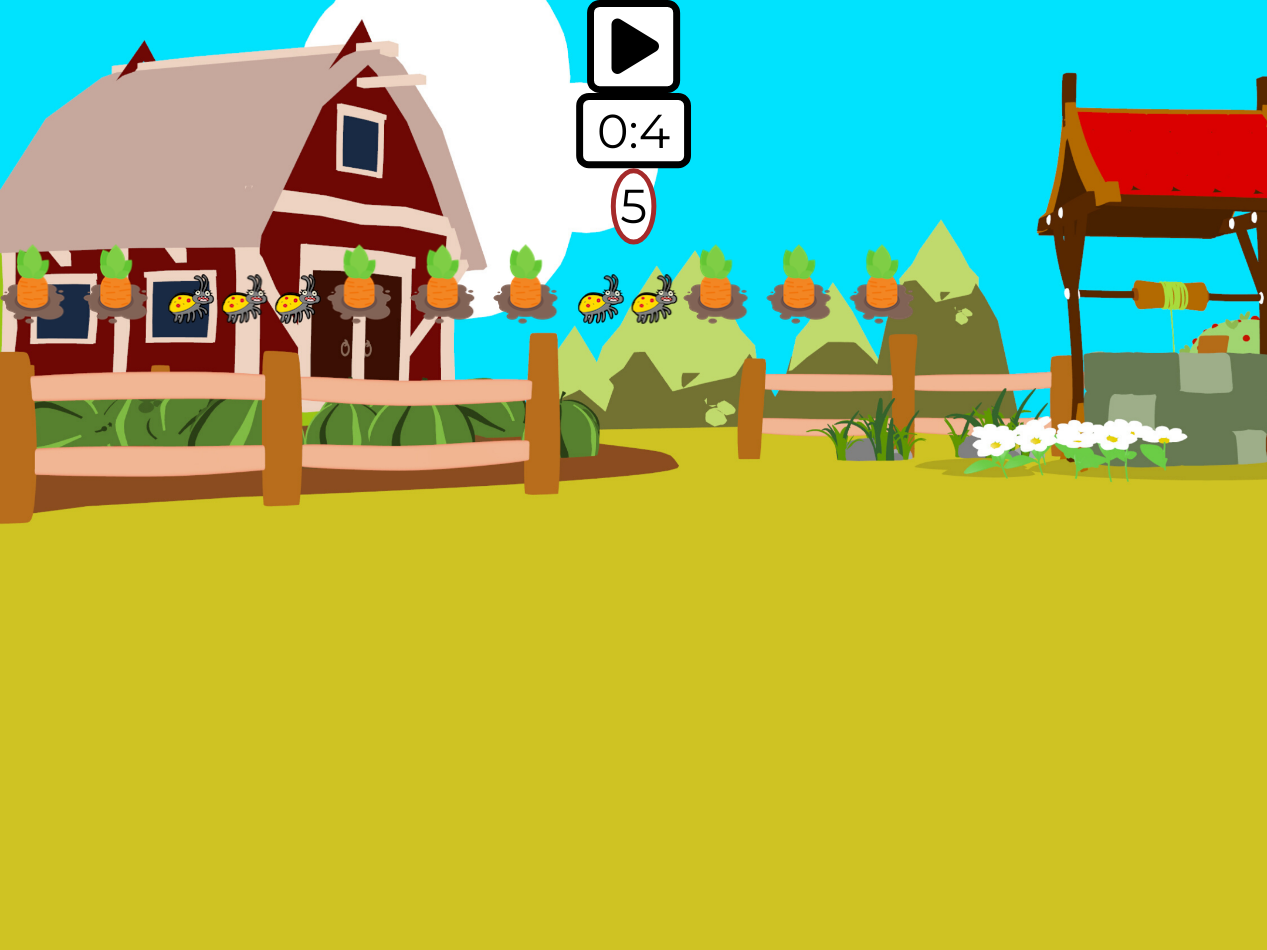
Repository: sephinejo/Mini-carrot-game
Page: index.html
An editor plug-in stored every save of this project. The page is shown before and after the next save, followed by the edit.
The browser window is 1280 px wide. The pictures show the whole page, at 99% of full size.
Some web fonts or font styles are not loaded; a fallback is used. Some web libraries are served in a nearby version.

Above is the page before, as saved 2023-05-14 21:39:28.

### index.html
<!DOCTYPE html>
<html lang="en">
  <head>
    <meta charset="UTF-8" />
    <meta http-equiv="X-UA-Compatible" content="IE=edge" />
    <meta name="viewport" content="width=device-width, initial-scale=1.0" />
    <title>Mini Carrot Game👩‍🌾🥕</title>
    <link rel="stylesheet" href="style.css" />
    <link rel="preconnect" href="https://fonts.googleapis.com" />
    <link rel="preconnect" href="https://fonts.gstatic.com" crossorigin />
    <link
      href="https://fonts.googleapis.com/css2?family=Alice&family=Lato:wght@400;700&family=Montserrat:wght@400;500;600;700&family=Raleway:wght@400;600;700;800&family=Ubuntu&display=swap"
      rel="stylesheet"
    />
    <script
      src="https://kit.fontawesome.com/9ac80604cb.js"
      crossorigin="anonymous"
    ></script>
    <script src="main.js" defer></script>
  </head>
  <body>
    <div class="container">
      <div class="infos">
        <div class="info__icon__play">
          <i class="fa-solid fa-play"></i>
        </div>
        <span class="info__timer">0:4</span>
        <span class="info__counter">5</span>
      </div>
      <div class="space">
        <img class="carrot" src="img/carrot.png" alt="carrot" />
        <img class="carrot" src="img/carrot.png" alt="carrot" />
        <img class="bug" src="img/bug.png" alt="bug" />
        <img class="bug" src="img/bug.png" alt="bug" />
        <img class="bug" src="img/bug.png" alt="bug" />
        <img class="carrot" src="img/carrot.png" alt="carrot" />
        <img class="carrot" src="img/carrot.png" alt="carrot" />
        <img class="carrot" src="img/carrot.png" alt="carrot" />
        <img class="bug" src="img/bug.png" alt="bug" />
        <img class="bug" src="img/bug.png" alt="bug" />
        <img class="carrot" src="img/carrot.png" alt="carrot" />
        <img class="carrot" src="img/carrot.png" alt="carrot" />
        <img class="carrot" src="img/carrot.png" alt="carrot" />
      </div>
    </div>
  </body>
</html>

### style.css
* {
  box-sizing: border-box;
}

body {
  margin: auto;
}

.container {
  background-size: cover;
  background-image: url('img/background.png');
  height: 60rem;
}

.infos {
  display: flex;
  flex-direction: column;
  align-items: center;
}

.info__icon__play {
  font-size: 4rem;
  color: black;
  border: 0.45rem solid black;
  border-radius: 0.8rem;
  background-color: white;
  padding: 0.4rem 0.9rem 0rem 1.1rem;
}

.info__timer {
  font-family: Montserrat;
  font-size: 3rem;
  border: 0.45rem solid black;
  border-radius: 0.8rem;
  background-color: white;
  padding: 0.1rem 0.9rem;
}

.info__counter {
  font-family: Montserrat;
  font-size: 3rem;
  border: 0.35rem solid brown;
  border-radius: 100%;
  background-color: white;
  padding: 0.3rem;
}

Loaded but not shown: main.js (no stored copy; drawn as an empty file)

After the next save:
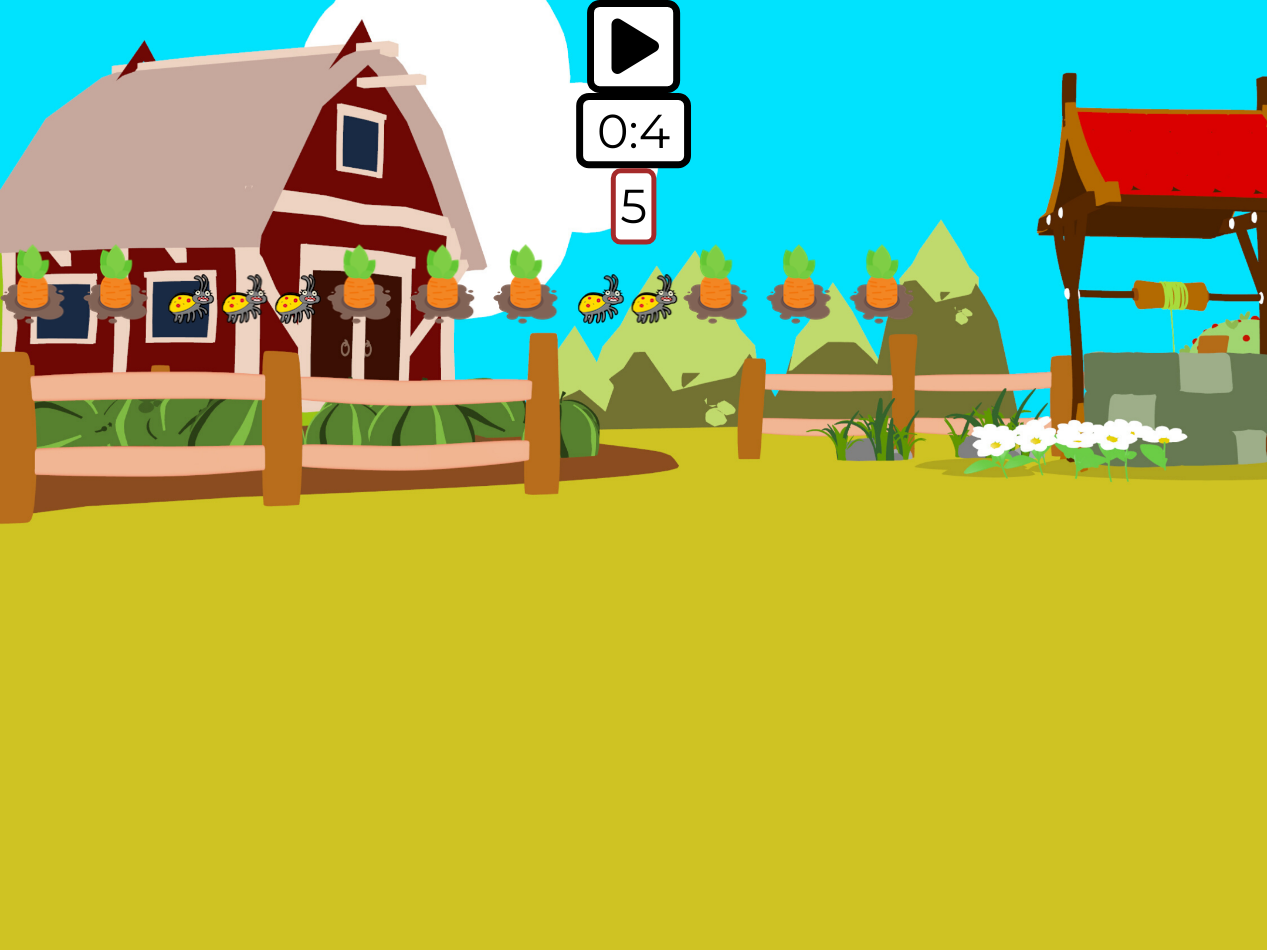
Saved 45 s later.
--- a/style.css
+++ b/style.css
@@ -40,7 +40,7 @@ body {
   font-family: Montserrat;
   font-size: 3rem;
   border: 0.35rem solid brown;
-  border-radius: 100%;
+  border-radius: 10px;
   background-color: white;
   padding: 0.3rem;
 }
